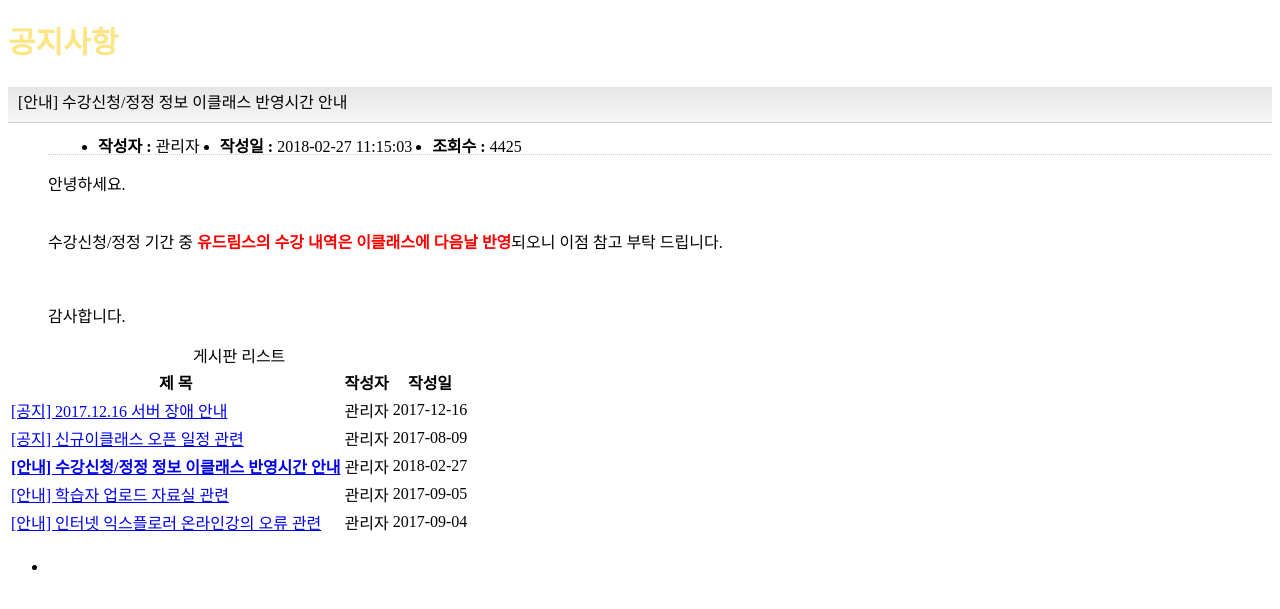
Repository: CSID-DGU/2019-1-CECD3-FFChain-2
Page: http://localhost/icip.app/WEB-INF/jsp/icip/notice/noticeView.jsp
The author's editor kept a copy of each file at every save. The page is drawn from the files as they stood at one save, then again after a run of saves.
The browser window is 1280 px wide. The pictures show the whole page.
The page is served by Tomcat 9. Nobody is signed in. Other server files are loaded and not shown. The template is opened directly, without the code that normally fills it, so the values that code supplies are empty.

Above is the page before, as saved 2019-08-19 11:30:57.

### icip.app/src/main/webapp/WEB-INF/jsp/icip/notice/noticeView.jsp
<%@ page contentType="text/html; charset=utf-8" pageEncoding="utf-8"%>
<%@ taglib prefix="fmt" uri="http://java.sun.com/jsp/jstl/fmt"%>
<%@ taglib prefix="c" uri="http://java.sun.com/jsp/jstl/core"%>
<%@ taglib prefix="form" uri="http://www.springframework.org/tags/form"%>
<%@ taglib uri="http://java.sun.com/jsp/jstl/functions" prefix="fn"%>
<%@ taglib prefix="spring" uri="http://www.springframework.org/tags"%>
<!DOCTYPE html PUBLIC "-//W3C//DTD HTML 4.01 Transitional//EN" "http://www.w3.org/TR/html4/loose.dtd">
<html>
<head>
</head>
<style>
#listBox div.listContent > dd > ul > li
{
    float: left;
    margin-right: 20px;
}
#listBox div.listContent dd.info {
    padding: 0 10px;
    border-bottom: 1px dotted #cdcdcd;
    height:15px;
    line-height:15px;
}
#listBox div.listContent dt {
    padding: 5px 10px;
    border-bottom: 1px solid #cdcdcd;
    line-height: 22px;
    min-height: 25px;
    background: #e6e6e6;
    background: -webkit-gradient(linear, 0 0, 0 bottom, from(#e6e6e6), to(#f6f6f6));
    background: -webkit-linear-gradient(#e6e6e6, #f6f6f6);
    background: -moz-linear-gradient(#e6e6e6, #f6f6f6);
    background: -ms-linear-gradient(#e6e6e6, #f6f6f6);
    background: -o-linear-gradient(#e6e6e6, #f6f6f6);
    background: linear-gradient(#e6e6e6, #f6f6f6);
}
</style>
<body>
<div style = "padding-top: 10px; font-size:30px; padding-bottom:25px; color : #fde585; font-weight:bold " >
공지사항
</div>
<div id="listBox">
				<div class="listContent">
				<dt>
						 [안내] 수강신청/정정 정보 이클래스 반영시간 안내
				</dt>
						<dd class="info">
							<ul class="fl ml10">
							</ul>
							<ul class="fr mr10">
							<li><b>작성자 :</b> <span id="suserinfo" style="" onclick="javascript:learnerInfo('admin1');">관리자</span></li>
							<li><b>작성일 :</b> 2018-02-27 11:15:03</li>
							<li class="m0" style="margin-right:0px"><b>조회수 :</b> 4425</li>
							</ul>
						</dd>
						<dd>
							<div class="cont"><p>안녕하세요. </p><p><br>수강신청/정정 기간 중 <strong><span style="color: rgb(255, 0, 0);">유드림스의 수강 내역은 </span><font color="#ff0000">이클래스에 다음날 반영</font></strong>되오니 이점 참고 부탁 드립니다.</p><p><br></p><p>감사합니다.<br></p></div>

						</dd>
						</dl>

							<div class="answerArea">

						</div>
					</div>

						<div id="listBox">
						</div><table class="boardListBasic" summary="게시판 리스트입니다.">
							<caption>게시판 리스트</caption>
							<thead>
								<tr class="odd-row">
									<th class="first">제 목</th>
									<th>작성자</th>
									<th class="last">작성일</th>
								</tr>
							</thead>
							<tbody>

									<tr class="odd-row">
											<td class="textLeft first">
												<div style="margin-left: 0px;" align="absmiddle" alt="">
													<a href="#;" onclick="javascript:moveBoardView('BOAD_171216110316331d7655', '0')">

															[공지] 2017.12.16 서버 장애 안내
													</a>
												</div>
											</td>
											<td>
												관리자
											</td>
											<td class="last">
												2017-12-16
											</td>
										</tr>

										<tr>
											<td class="textLeft first">
												<div style="margin-left: 0px;" align="absmiddle" alt="">
													<a href="#;" onclick="javascript:moveBoardView('BOAD_170809131412cfe20003', '0')">

															[공지] 신규이클래스 오픈 일정 관련
													</a>
												</div>
											</td>
											<td>
												관리자
											</td>
											<td class="last">
												2017-08-09
											</td>
										</tr>
										<tr class="odd-row">
											<td class="textLeft first">
												<div style="margin-left: 0px;" align="absmiddle" alt="">
													<a href="#;" onclick="javascript:moveBoardView('BOAD_180227111503550900e1', '0')">

															<b><i class="icon-arrow-small-black"></i>[안내] 수강신청/정정 정보 이클래스 반영시간 안내</b>
													</a>
												</div>
											</td>
											<td>
												관리자
											</td>
											<td class="last">
												2018-02-27
											</td>
										</tr>

										<tr>
											<td class="textLeft first">
												<div style="margin-left: 0px;" align="absmiddle" alt="">
													<a href="#;" onclick="javascript:moveBoardView('BOAD_170905182259ef57201b', '0')">

															[안내] 학습자 업로드 자료실 관련
													</a>
												</div>
											</td>
											<td>
												관리자
											</td>
											<td class="last">
												2017-09-05
											</td>
										</tr>

										<tr class="odd-row">
											<td class="textLeft first">
												<div style="margin-left: 0px;" align="absmiddle" alt="">
													<a href="#;" onclick="javascript:moveBoardView('BOAD_170904164429ea1c03c0', '0')">

															[안내] 인터넷 익스플로러 온라인강의 오류 관련
													</a>
												</div>
											</td>
											<td>
												관리자
											</td>
											<td class="last">
												2017-09-04
											</td>
										</tr>
							</tbody>
						</table>
						<ul class="btnBox">
								<li style =" padding-left : 500px">
									<a class="btn small" href="noticeList.do" style="color: white;">
										<i class="icon-report-small-color"></i>
										목 록
									</a>
								</li>
							</ul>
<script>
//목록
function fn_cancel(){

    var form = document.getElementById("viewForm");

    form.action = "<c:url value='noticeList.do'/>";
    form.submit();

}

//수정
function fn_update(){

    var form = document.getElementById("viewForm");

    form.action = "<c:url value='updateNotice.do'/>";
    form.submit();
}
</script>
</div>
</body>
</html>

After the next 2 saves:
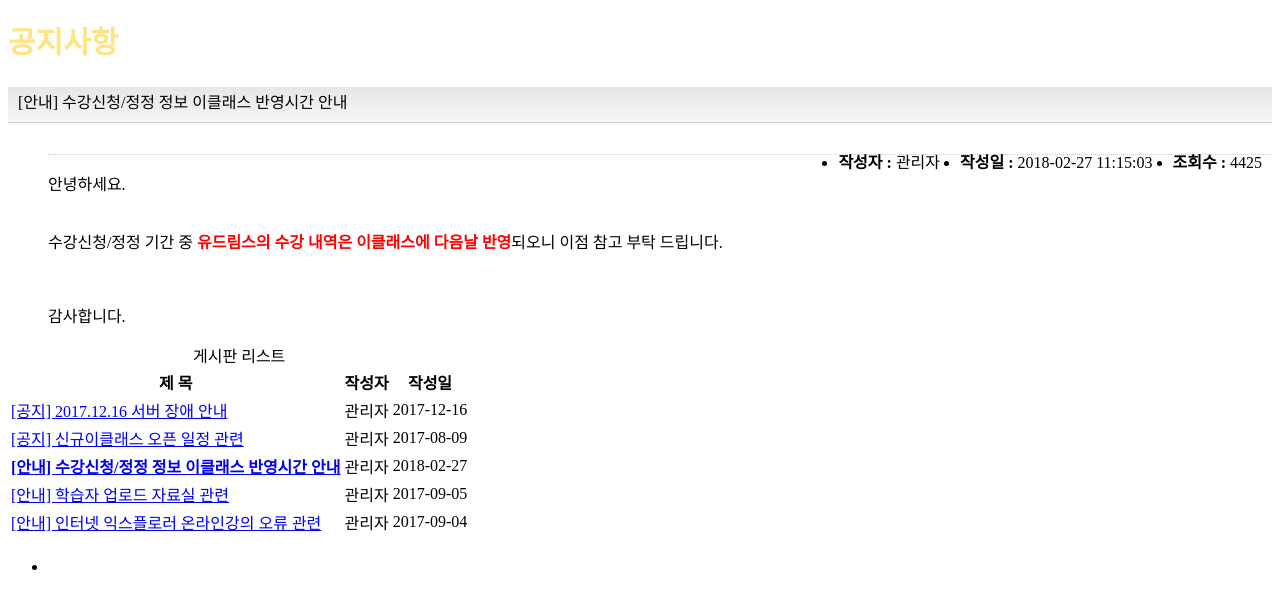
The 2 saves are shown as one change because they came seconds apart.
The last was saved 28 s later.
--- a/icip.app/src/main/webapp/WEB-INF/jsp/icip/notice/noticeView.jsp
+++ b/icip.app/src/main/webapp/WEB-INF/jsp/icip/notice/noticeView.jsp
@@ -46,7 +46,7 @@
 						<dd class="info">
 							<ul class="fl ml10">
 							</ul>
-							<ul class="fr mr10">
+							<ul class="fr mr10" style="float:right;">
 							<li><b>작성자 :</b> <span id="suserinfo" style="" onclick="javascript:learnerInfo('admin1');">관리자</span></li>
 							<li><b>작성일 :</b> 2018-02-27 11:15:03</li>
 							<li class="m0" style="margin-right:0px"><b>조회수 :</b> 4425</li>
